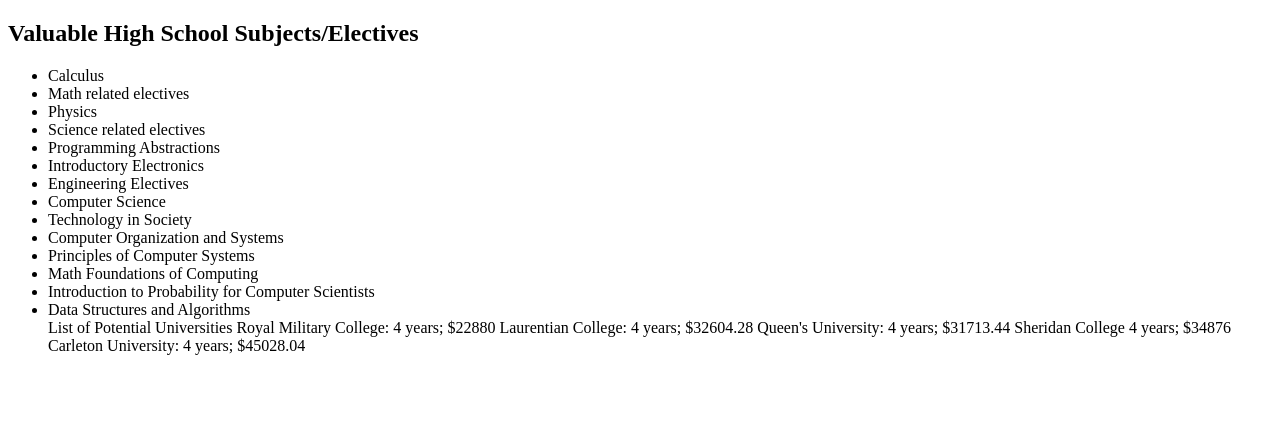
Repository: soerik/1soerik.github.io
Page: index.html
The author's editor kept a record of every edit. The page is drawn from the files as they stood at one moment, then again after the next edit.
The browser window is 1280 px wide. The pictures show the whole page.

Above is the page before.

### index.html
<!DOCTYPE html>
<html>
<head>
    <title>Software Developer</title>
</head>

<body>
<h2>Valuable High School Subjects/Electives</h2>
<ul>
    <li>Calculus</li>
    <li>Math related electives</li>
    <li>Physics</li>
    <li>Science related electives</li>
    <li>Programming Abstractions</li>
    <li>Introductory Electronics</li>
    <li>Engineering Electives</li>
    <li>Computer Science</li>
    <li>Technology in Society</li>
    <li>Computer Organization and Systems</li>
    <li>Principles of Computer Systems</li>
    <li>Math Foundations of Computing</li>
    <li>Introduction to Probability for Computer Scientists</li>
    <li>Data Structures and Algorithms</li>

List of Potential Universities
Royal Military College:
4 years; $22880
Laurentian College:
4 years; $32604.28
Queen's University:
4 years; $31713.44
Sheridan College
4 years; $34876
Carleton University:
4 years; $45028.04



</body>
</html>

After the next edit:
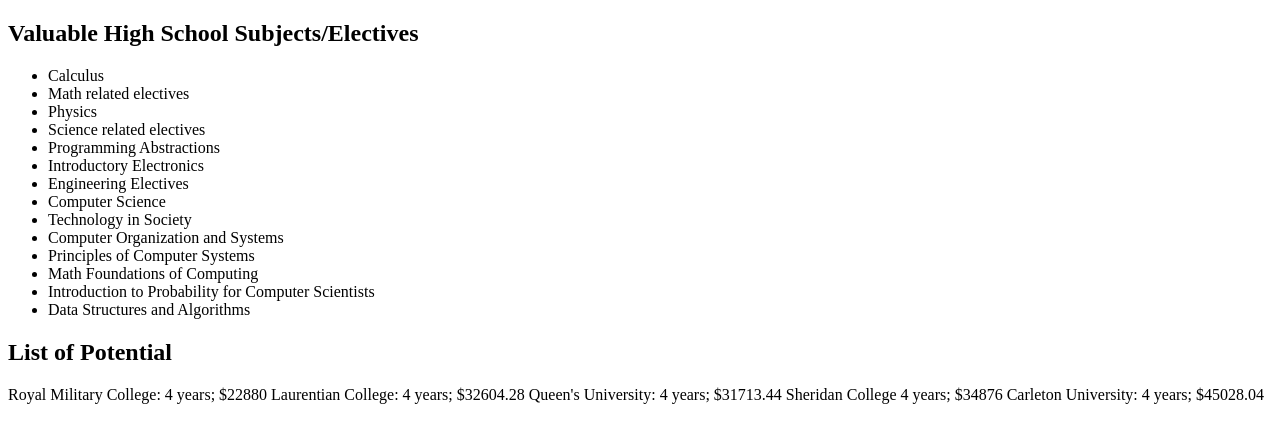
The edit:
--- a/index.html
+++ b/index.html
@@ -21,8 +21,9 @@
     <li>Math Foundations of Computing</li>
     <li>Introduction to Probability for Computer Scientists</li>
     <li>Data Structures and Algorithms</li>
+ </ul>
 
-List of Potential Universities
+<h2>List of Potential </h2>
 Royal Military College:
 4 years; $22880
 Laurentian College:
